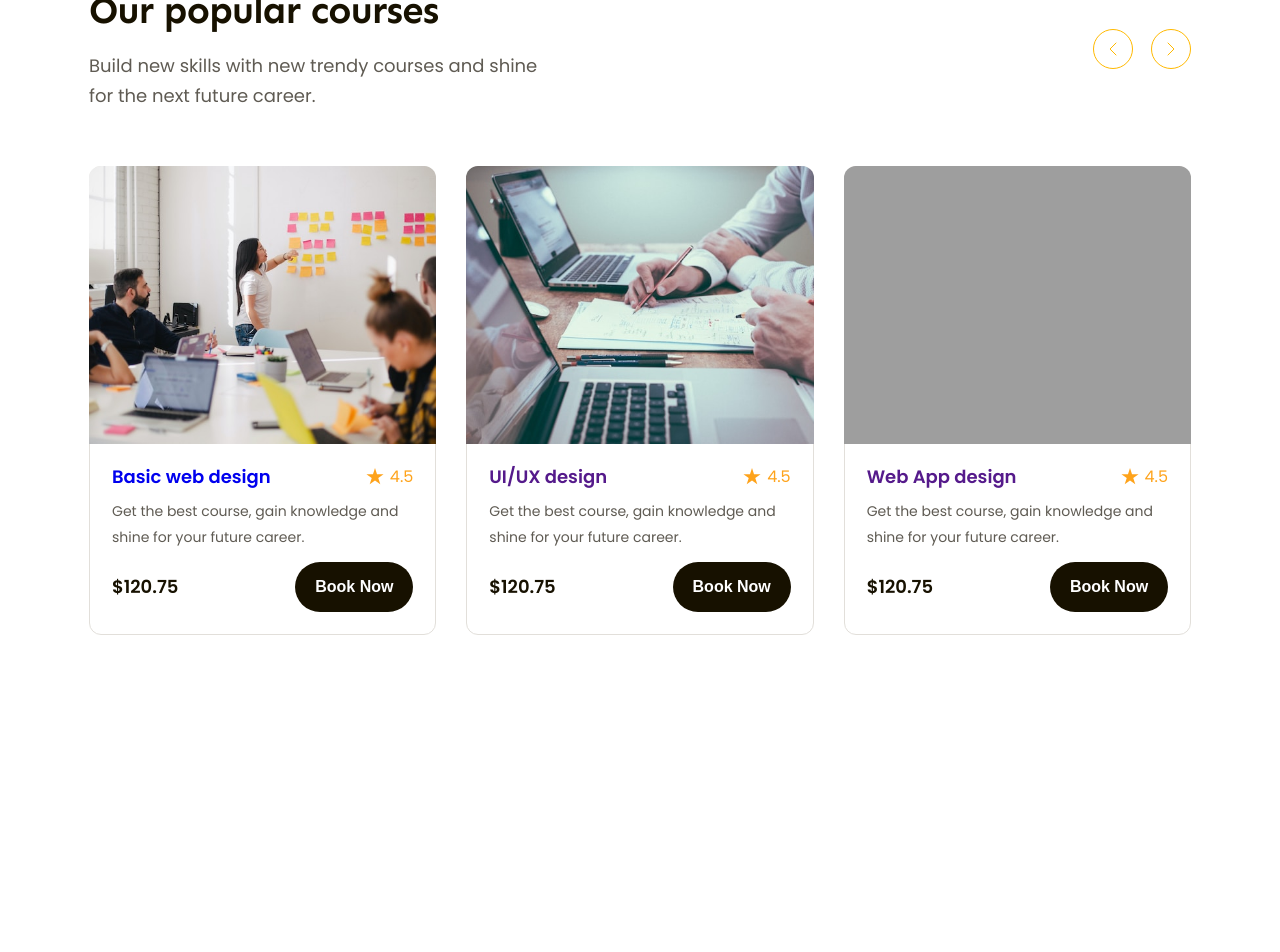
Repository: anhtien111198/f8-htmlcss-02
Page: index.html
These files come from the project's save history. The page is drawn as it stood at one moment and after the next save; the edit follows.
The browser window is 1280 px wide. The pictures show the part of the page from y = 1113 to 2065 px (the page is 5000 px tall).
Pictures or frames that could not be fetched are drawn as grey boxes. A picture or video elsewhere on the page could not be fetched, so the positions and the page height are approximate.

Above is the page before, as saved 2023-05-09 10:57:11.

After the next save:
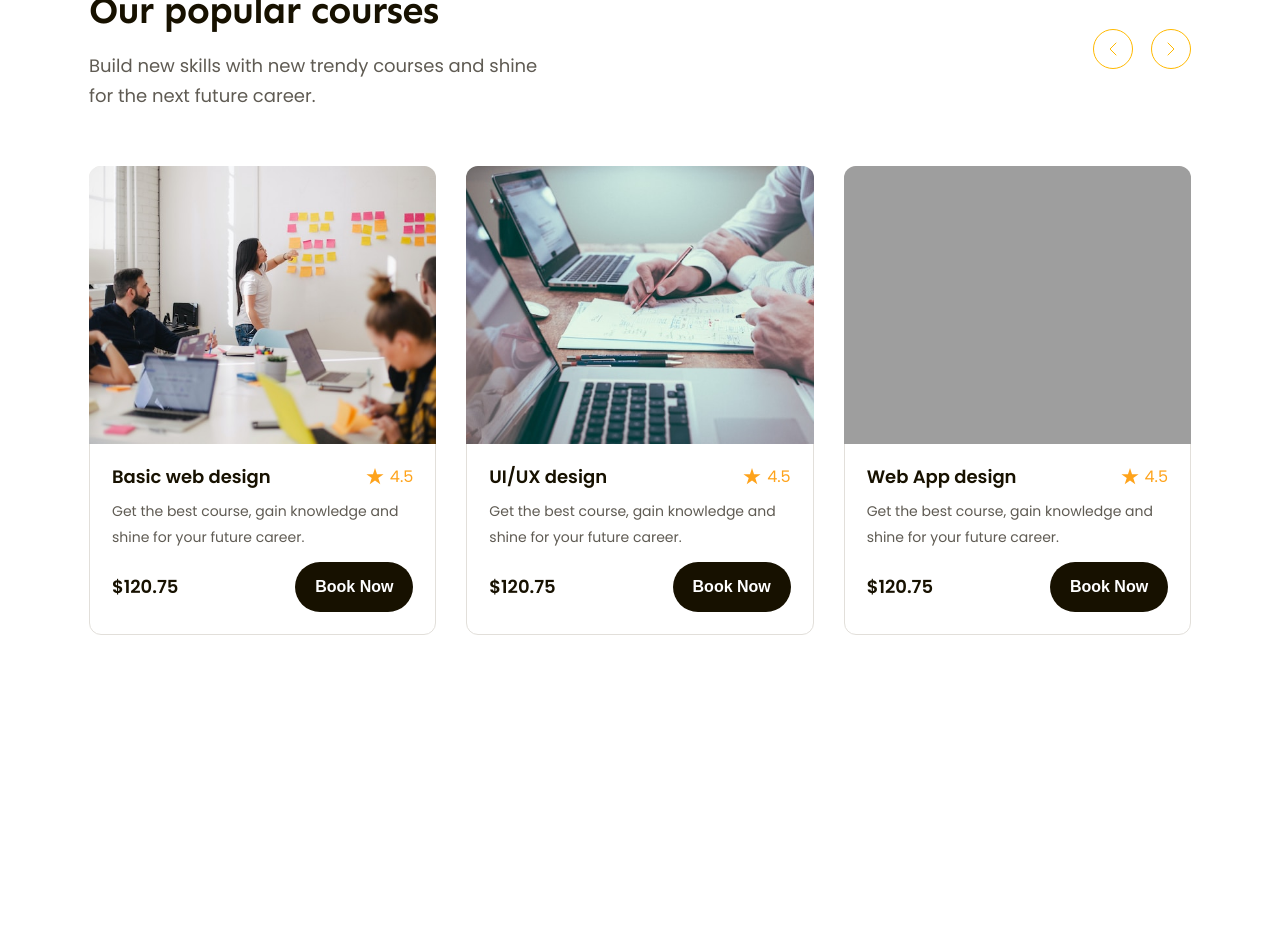
Saved 2 min 21 s later.
--- a/assets/css/style.css
+++ b/assets/css/style.css
@@ -304,7 +304,7 @@
     align-items: center;
     justify-content: space-between;
 }
-.popular .course-item .title {
+.popular .course-item .title a {
     font-weight: 600;
     font-size: 1.8rem;
     line-height: 1.67;
